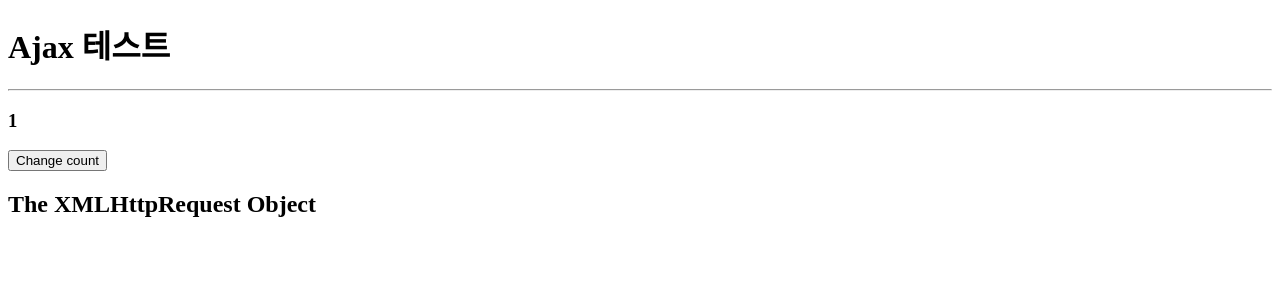
Repository: cwj2306/blog_project_2
Page: http://localhost/blog/test/ajaxtest.jsp
The author's editor kept a copy of each file at every save. The page is drawn from the files as they stood at one save, then again after the next save.
The browser window is 1280 px wide. The pictures show the whole page.
The page is served by Tomcat 9. Nobody is signed in. The application's start-up code is not run.

Above is the page before, as saved 2019-11-01 03:11:15.

After the next save:
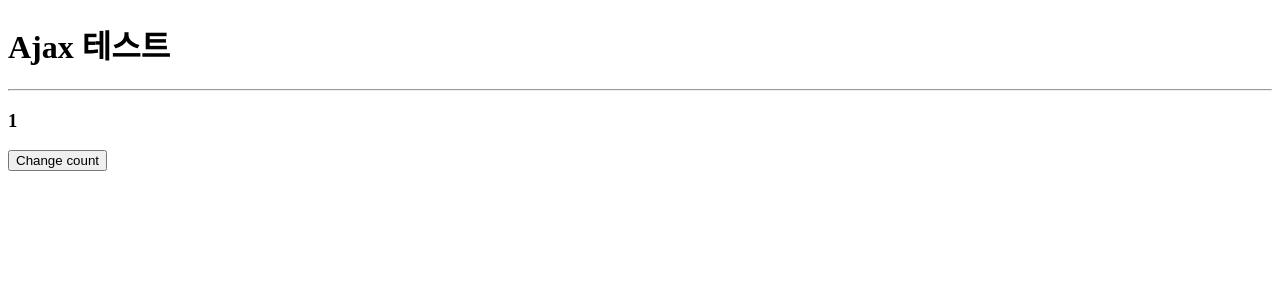
Saved 42 s later.
--- a/blog/WebContent/test/ajaxtest.jsp
+++ b/blog/WebContent/test/ajaxtest.jsp
@@ -9,12 +9,11 @@
 
 	<h1>Ajax 테스트</h1>
 	<hr />
-	<h3>1</h3>
-	<button type="button" onclick="loadDoc()">Change count</button>
 
 	<div id="demo">
-		<h2>The XMLHttpRequest Object</h2>
+		<h3>1</h3>
 	</div>
+	<button type="button" onclick="loadDoc()">Change count</button>
 
 	<script>
 		function loadDoc() {
